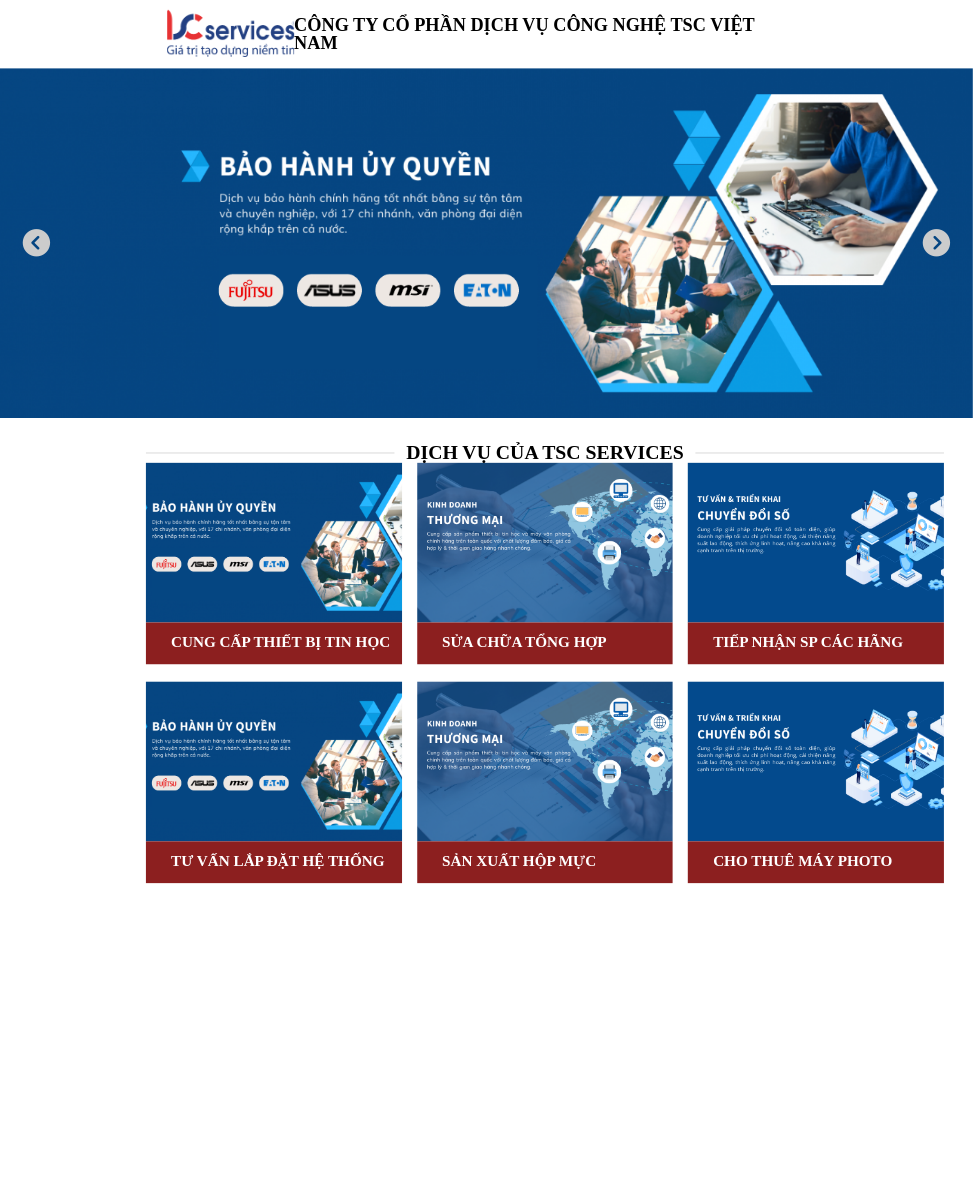
Repository: nguyentrongdai34/tsc-project
Page: index.html
These files come from the project's save history. The page is drawn as it stood at one moment and after the next save; the edit follows.
The browser window is 1280 px wide. The pictures show the whole page, at 76% of full size.

Above is the page before, as saved 2024-12-03 13:08:35.

### index.html
<!DOCTYPE html>
<html lang="en">
  <head>
    <meta charset="UTF-8" />
    <meta name="viewport" content="width=device-width, initial-scale=1.0" />
    <link rel="preconnect" href="https://fonts.googleapis.com" />
    <link rel="preconnect" href="https://fonts.gstatic.com" crossorigin />
    <link
      href="https://fonts.googleapis.com/css2?family=Poppins:wght@300;400;500;600;700&family=Roboto:ital,wght@0,100;0,300;0,400;0,500;0,700;0,900;1,100;1,300;1,400;1,500;1,700;1,900&display=swap"
      rel="stylesheet"
    />
    <link
      rel="stylesheet"
      href="https://cdnjs.cloudflare.com/ajax/libs/font-awesome/6.7.1/css/all.min.css"
      integrity="sha512-5Hs3dF2AEPkpNAR7UiOHba+lRSJNeM2ECkwxUIxC1Q/FLycGTbNapWXB4tP889k5T5Ju8fs4b1P5z/iB4nMfSQ=="
      crossorigin="anonymous"
      referrerpolicy="no-referrer"
    />
    <link rel="stylesheet" href="./reset.css" />
    <link rel="stylesheet" href="./style.css" />
    <title>CÔNG TY CỔ PHẦN DỊCH VỤ CÔNG NGHỆ TSC VIỆT NAM</title>
  </head>
  <body>
    <!-- heaer-main -->
    <div class="header-main">
      <!-- header -->
      <div class="header">
        <!-- logo -->
        <div class="header-logo">
          <img src="./img/Logo-tsc.png" alt="công ty logo" />
        </div>
        <!-- header-slogan -->
        <span class="header-slogan">
          <strong>CÔNG TY CỔ PHẦN DỊCH VỤ CÔNG NGHỆ TSC VIỆT NAM</strong>
        </span>
      </div>
    </div>

    <!-- Hero -->
    <div class="hero">
      <div class="hero-img">
        <img src="./img/tsc1.png" alt="" class="slider-image" />

        <div class="hero-circle">
          <i
            class="circle-left fa-solid fa-circle-chevron-left"
            onclick="prev()"
          ></i>
          <i
            class="circle-right fa-solid fa-circle-chevron-right"
            onclick="next()"
          ></i>
        </div>
      </div>
    </div>

    <!-- Section -->
    <div class="section" style="height: 1000px">
      <div class="section-container">
        <h2 class="section-title">
          <b></b>
          <span class="section-title-main">DỊCH VỤ CỦA TSC SERVICES</span>
          <b></b>
        </h2>
      </div>
      <div class="row">
        <div class="section-gird">
          <div class="grid-item">
            <img src="./img/tsc1.png" alt="Image 1" />
            <div class="section-box">
              <span class="box-item-inner">CUNG CẤP THIẾT BỊ TIN HỌC</span>
            </div>
          </div>

          <div class="grid-item">
            <img src="./img/tsc2.png" alt="Image 2" />
            <div class="section-box">
              <span class="box-item-inner">SỬA CHỮA TỔNG HỢP</span>
            </div>
          </div>
          <div class="grid-item">
            <img src="./img/tsc3.png" alt="Image 3" />
            <div class="section-box">
              <span class="box-item-inner">TIẾP NHẬN SP CÁC HÃNG </span>
            </div>
          </div>
          <div class="grid-item">
            <img src="./img/tsc1.png" alt="Image 4" />
            <div class="section-box">
              <span class="box-item-inner">TƯ VẤN LẮP ĐẶT HỆ THỐNG</span>
            </div>
          </div>
          <div class="grid-item">
            <img src="./img/tsc2.png" alt="Image 5" />
            <div class="section-box">
              <span class="box-item-inner">SẢN XUẤT HỘP MỰC</span>
            </div>
          </div>
          <div class="grid-item">
            <img src="./img/tsc3.png" alt="Image 6" />
            <div class="section-box">
              <span class="box-item-inner">CHO THUÊ MÁY PHOTO</span>
            </div>
          </div>
        </div>
      </div>
    </div>

    <script src="./SliderImage.js"></script>
  </body>
</html>

### style.css
.header-main {
  display: flex;
  height: 90px;
}

.header {
  display: flex;
  /* background-color: #ccc; */
  justify-content: space-between;
  flex-direction: column;
  align-items: center;
  width: 100%;
  flex-flow: row nowrap;
  padding-right: 15px;
}

.header-logo img {
  object-fit: cover;
  margin-left: 220px;
  width: 167px;
  height: 62px;
}

.header-slogan {
  margin-right: 220px;
  font-size: 24px;
}

.header-slogan strong {
  text-direction: none;
  font-weight: bolder;
  text-transform: uppercase;
}

/* hero */

.hero {
  cursor: pointer;
  padding: 0 0 30px 0;
}

.hero-img img {
  width: 100%;
  height: 460px;
  position: relative;
  object-fit: cover;
}

.hero-circle {
  top: 42%;
  position: absolute;
}

.hero-circle i {
  color: #ccc;
  font-size: 36px;
}

.hero-circle i:hover {
  transition: color 0.3s ease, background-color 0.3s ease;
  color: #dd3333;
}

.hero-circle {
  width: 100%;
  display: flex;
  justify-content: space-between;
  z-index: 999;
}

.circle-left {
  margin-left: 30px;
}

.circle-right {
  margin-right: 30px;
  width: 36px;
  height: 36px;
}

/* section */
.section {
  width: 1050px;
  margin-left: 15%;
}

.section-title {
  position: relative;
  display: flex;
  flex-flow: row wrap;
  align-items: center;
  justify-content: space-between;
  width: 100%;
}

.section-title b {
  display: block;
  -ms-flex: 1;
  flex: 1;
  height: 2px;
  opacity: 0.1;
  background-color: currentColor;
}

.section-title-main {
  margin: 0 15px;
  font-size: 26px;
  text-transform: uppercase;
  font-weight: 700;
}

.row {
}

.section-gird {
  display: grid;
  grid-template-columns: repeat(3, 1fr);
  gap: 20px;
  grid-template-rows: auto auto;
}

.grid-item img {
  width: 338px;
  height: 210px;
  object-fit: cover;
  max-width: 100%;
}

.btn {
  margin-top: 10px; /* Khoảng cách giữa ảnh và button */
  padding: 10px 20px;
  background-color: #c42e2b;
  color: white;
  border: none;
  cursor: pointer;
  font-size: 16px;
  text-transform: uppercase;
  border-radius: 5px;
  transition: background-color 0.3s;
}

.btn:hover {
  background-color: #a02626;
}

.section-box {
  transform: translateY(-3px);
  background-color: rgb(140, 31, 31);
  padding: 15px 15px 20px;
}

.box-item-inner {
  font-weight: 700;
  font-size: 20px;
  color: #ffffff;
  margin-left: 18px;
}

### SliderImage.js
let Slider_image = document.querySelector(".slider-image");
let images = ["tsc1.png", "tsc2.png", "tsc3.png", "tsc4.png", "tsc5.png"];
let i = 0; // Giá Trị bắt đầu index

function prev() {
  if (i <= 0) i = images.length;
  i--;
  return setImg();
}

function next() {
  if (i >= images.length - 1) i = -1;
  i++;
  return setImg();
}

function setImg() {
  return Slider_image.setAttribute("src", "./img/" + images[i]);
}

Loaded but not shown: reset.css (common file)

After the next save:
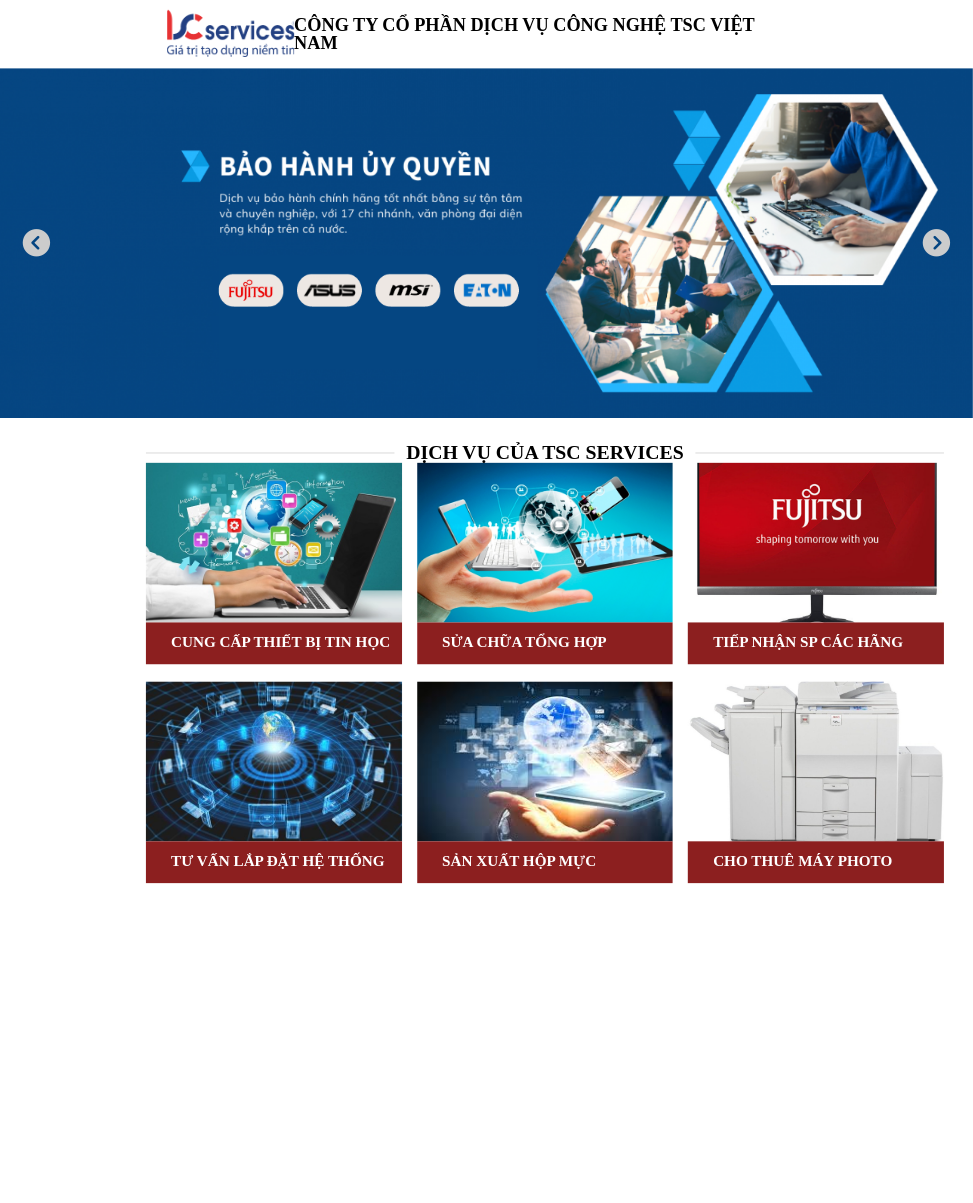
Saved 5 min 3 s later.
--- a/index.html
+++ b/index.html
@@ -66,38 +66,38 @@
       <div class="row">
         <div class="section-gird">
           <div class="grid-item">
-            <img src="./img/tsc1.png" alt="Image 1" />
+            <img src="./img/box-item1.jpg" alt="Image 1" />
             <div class="section-box">
               <span class="box-item-inner">CUNG CẤP THIẾT BỊ TIN HỌC</span>
             </div>
           </div>
 
           <div class="grid-item">
-            <img src="./img/tsc2.png" alt="Image 2" />
+            <img src="./img/box-item2.jpg" alt="Image 2" />
             <div class="section-box">
               <span class="box-item-inner">SỬA CHỮA TỔNG HỢP</span>
             </div>
           </div>
           <div class="grid-item">
-            <img src="./img/tsc3.png" alt="Image 3" />
+            <img src="./img/box-item3.png" alt="Image 3" />
             <div class="section-box">
               <span class="box-item-inner">TIẾP NHẬN SP CÁC HÃNG </span>
             </div>
           </div>
           <div class="grid-item">
-            <img src="./img/tsc1.png" alt="Image 4" />
+            <img src="./img/box-item4.jpg" alt="Image 4" />
             <div class="section-box">
               <span class="box-item-inner">TƯ VẤN LẮP ĐẶT HỆ THỐNG</span>
             </div>
           </div>
           <div class="grid-item">
-            <img src="./img/tsc2.png" alt="Image 5" />
+            <img src="./img/box-item5.jpg" alt="Image 5" />
             <div class="section-box">
               <span class="box-item-inner">SẢN XUẤT HỘP MỰC</span>
             </div>
           </div>
           <div class="grid-item">
-            <img src="./img/tsc3.png" alt="Image 6" />
+            <img src="./img/box-item6.jpg" alt="Image 6" />
             <div class="section-box">
               <span class="box-item-inner">CHO THUÊ MÁY PHOTO</span>
             </div>
